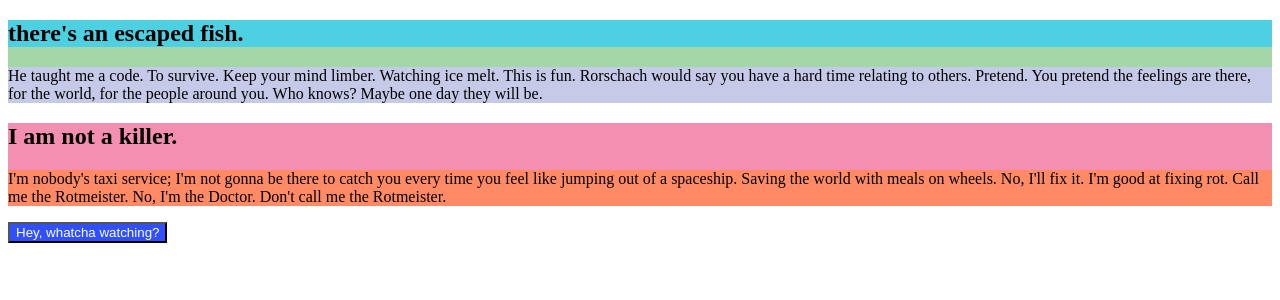
Repository: m0lt/modul_1
Page: 20250702_Aufgaben/Selectors-Level-1_2/index.html
An editor plug-in stored every save of this project. The page is shown before and after the next save, followed by the edit.
The browser window is 1280 px wide. The pictures show the whole page.

Above is the page before, as saved 2025-07-03 06:26:25.

### 20250702_Aufgaben/Selectors-Level-1_2/index.html
<!DOCTYPE html>
<html lang="en">
<head>
    <meta charset="UTF-8">
    <meta name="viewport" content="width=device-width, initial-scale=1.0">
    <link rel="stylesheet" href="./assets/css/styles.css">
    <title>Document</title>
</head>
<body>
    <section>
              <h1>there's an escaped fish.</h1>
    <p>He taught me a code. To survive. Keep your mind limber. Watching ice melt. This is fun. Rorschach would say you have a hard time relating to others. Pretend. You pretend the feelings are there, for the world, for the people around you. Who knows? Maybe one day they will be.</p>
    </section>
    <article>
              <h2>I am not a killer.</h2>
    <p>I'm nobody's taxi service; I'm not gonna be there to catch you every time you feel like jumping out of a spaceship. Saving the world with meals on wheels. No, I'll fix it. I'm good at fixing rot. Call me the Rotmeister. No, I'm the Doctor. Don't call me the Rotmeister.</p>
        </article>
    <button>Hey, whatcha watching?</button>
</body>


</html>

### 20250702_Aufgaben/Selectors-Level-1_2/assets/css/styles.css
section{
    background-color: #a5d6a7;
}

h1:nth-of-type(1){
    background-color: #4dd0e1;
}

p:nth-of-type(1){
    background-color: #C5CAE9;
}

article{
    background-color: #F48FB1;
}

article h1:nth-last-of-type(1){
    background-color: #7986cb;
}

article p:nth-last-of-type(1){
    background-color: #ff8a65;
}

button{
    background-color: #304FFE;
    color: white;
}

After the next save:
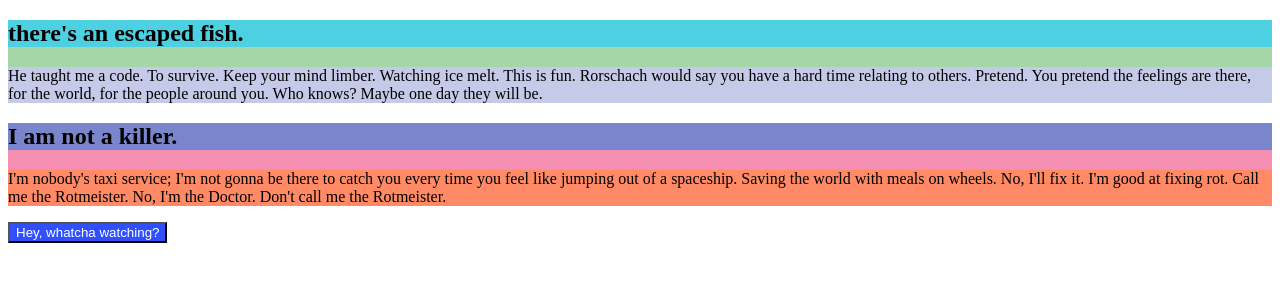
Saved 14 s later.
--- a/20250702_Aufgaben/Selectors-Level-1_2/assets/css/styles.css
+++ b/20250702_Aufgaben/Selectors-Level-1_2/assets/css/styles.css
@@ -14,7 +14,7 @@
     background-color: #F48FB1;
 }
 
-article h1:nth-last-of-type(1){
+article h2:nth-last-of-type(1){
     background-color: #7986cb;
 }
 
